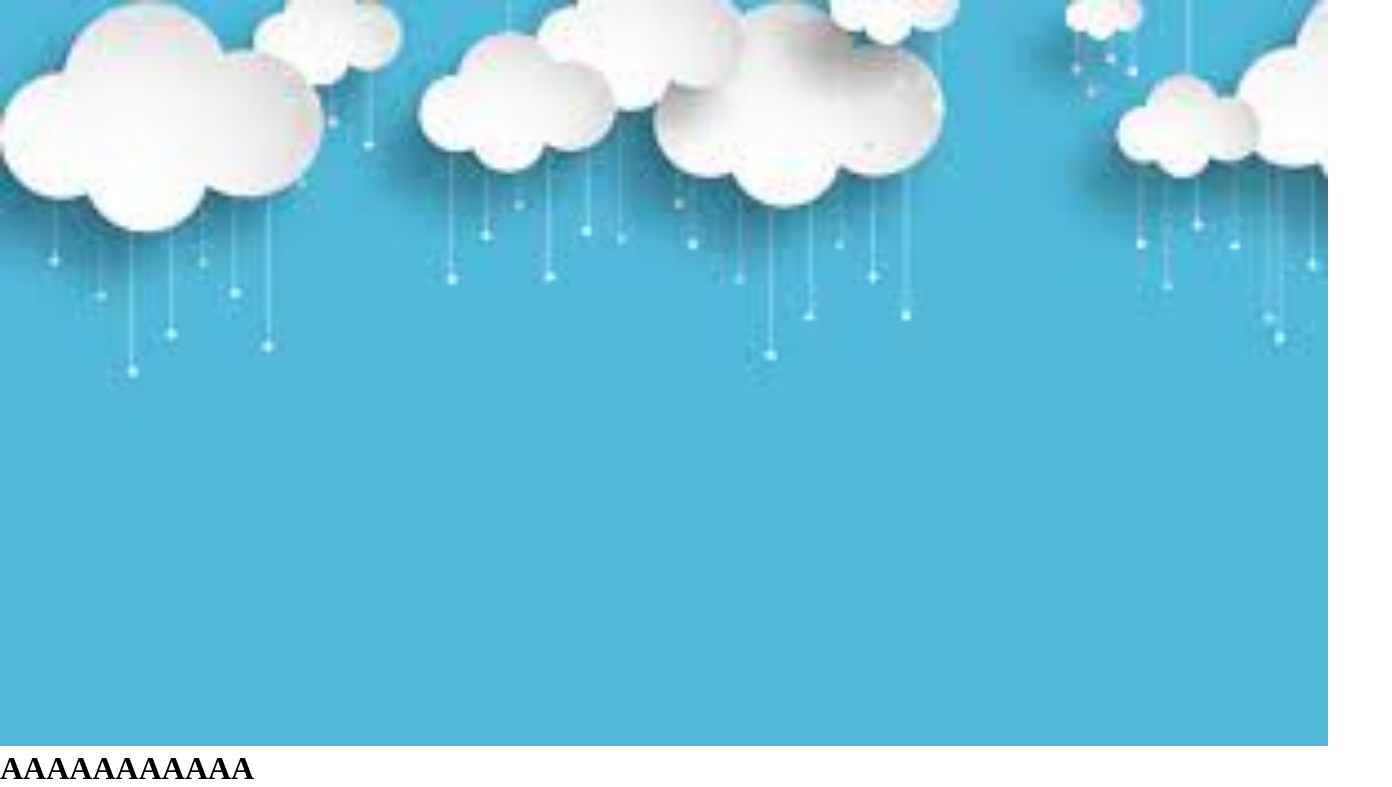
Repository: nguyenanhtuanHDU/Demo_img
Page: index.html
The author's editor kept a copy of each file at every save. The page is drawn from the files as they stood at one save, then again after the next save.
The browser window is 1280 px wide. The page is 1328 px wide, then 1392 px, so the pictures cover 1392 px, including what lies to the right of the window. The pictures show the whole page.

Above is the page before, as saved 2022-02-08 08:41:06.

After the next save:
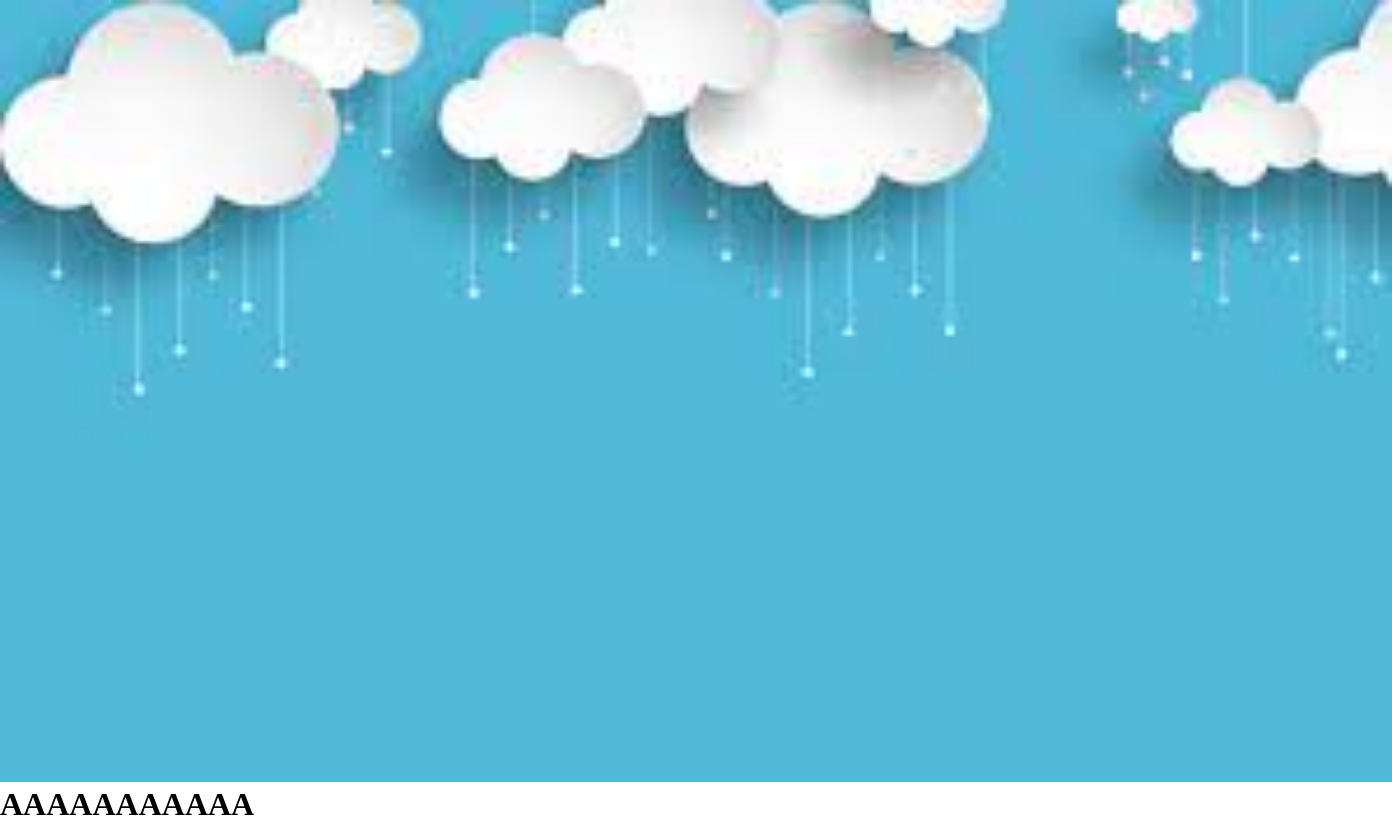
Saved 9 s later.
--- a/assets/style.css
+++ b/assets/style.css
@@ -5,5 +5,5 @@
 }
 .img_full{
     z-index: -1;
-    width: 83em;
+    width: 87em;
 }
